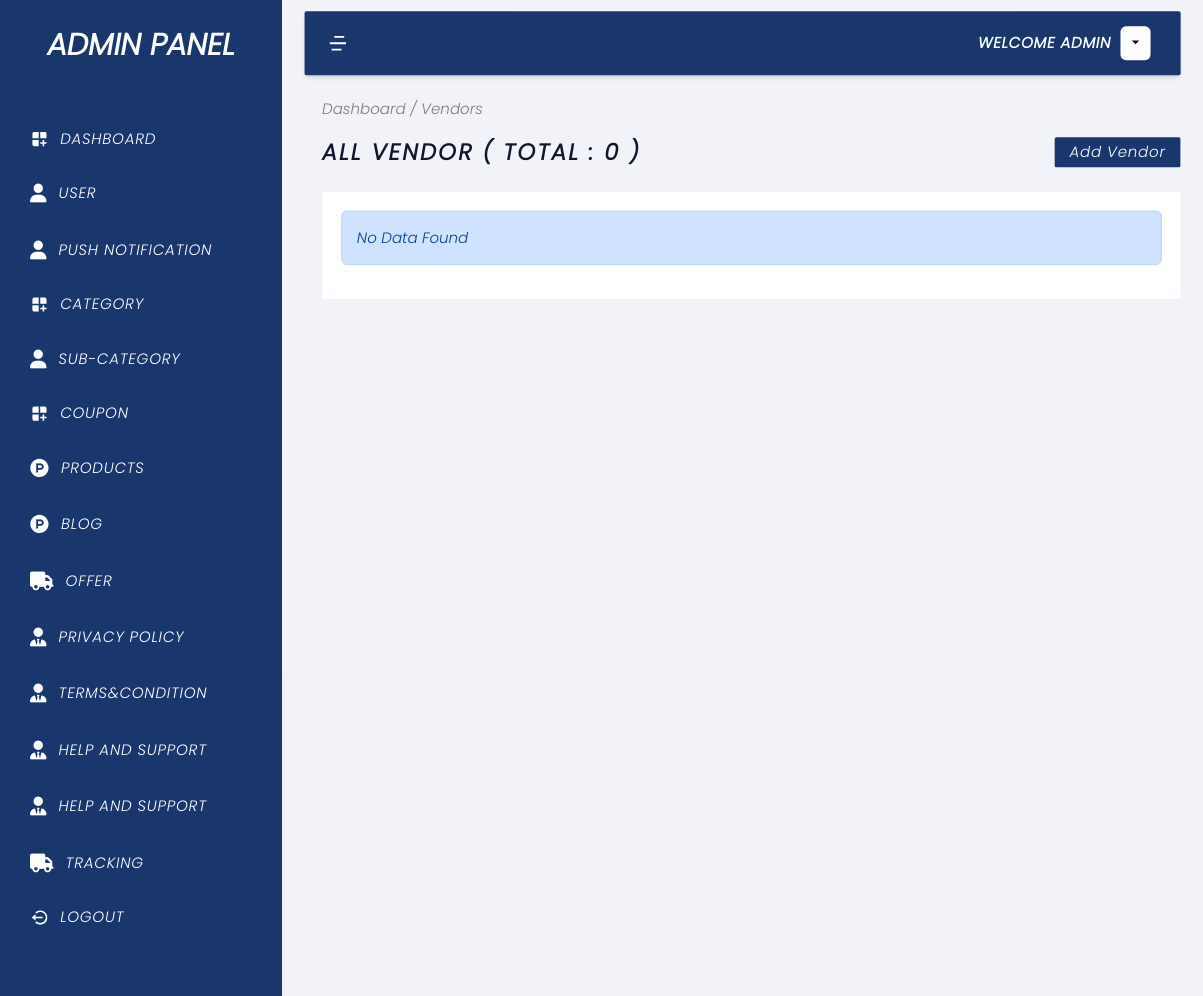
Repository: arpanmalik/project-khanna
Page: /VendorList
These files come from the project's save history. The page is drawn as it stood at one moment and after the next save; the edit follows.
The browser window is 1280 px wide. The pictures show the whole page, at 94% of full size.
The page's requests for data from a server got no answer. Some web libraries are served in a nearby version. The project was rebuilt for these pictures with package versions that can differ from the ones it lists, and the page was loaded fresh each time. No one was signed in, and anything a server would have sent is missing. Also part of the build but not shown: src/E-CommerceAdmin/forms/Login.jsx, src/E-CommerceAdmin/pages/Dashboard.jsx, src/E-CommerceAdmin/pages/ECategory.js, src/E-CommerceAdmin/pages/EProduct.js, src/E-CommerceAdmin/pages/EAdminOrders.js, src/E-CommerceAdmin/pages/EAdminProduct.js, src/E-CommerceAdmin/pages/EAdminDelivery.js, src/E-CommerceAdmin/pages/EAdminCustomer.js and 11 more. Imported but missing from the stored project, and not drawn on this page: src/E-CommerceVendor/forms/EVendorLogin, src/E-CommerceVendor/pages/EVCategory, src/E-CommerceVendor/pages/EVCoupon, src/E-CommerceVendor/pages/EVDashboard, src/E-CommerceVendor/pages/EVOrders, src/E-CommerceVendor/pages/EVProduct, src/E-CommerceVendor/pages/EVSubCategory.

Above is the page before, as saved 2023-05-16 17:17:10.

After the next save:
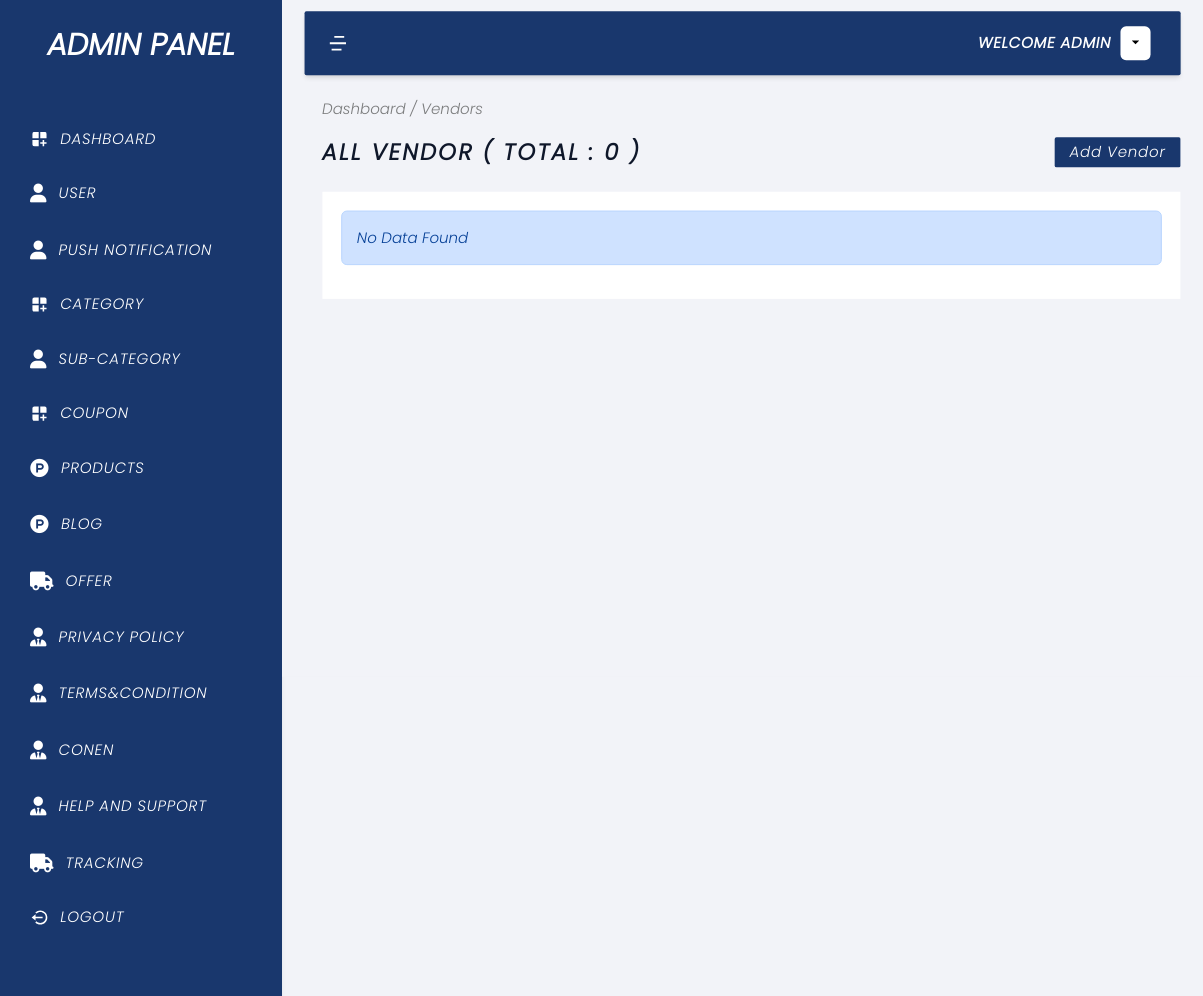
Saved 13 s later.
--- a/src/E-CommerceAdmin/layout/Sidebar.jsx
+++ b/src/E-CommerceAdmin/layout/Sidebar.jsx
@@ -90,7 +90,7 @@
     {
       icon: <i className="fa-solid fa-user-tie text-xl mr-3 rounded-full"></i>,
       link: "/helpSupport",
-      name: "Help and Support",
+      name: "COnen",
     },
     {
       icon: <i className="fa-solid fa-user-tie text-xl mr-3 rounded-full"></i>,
